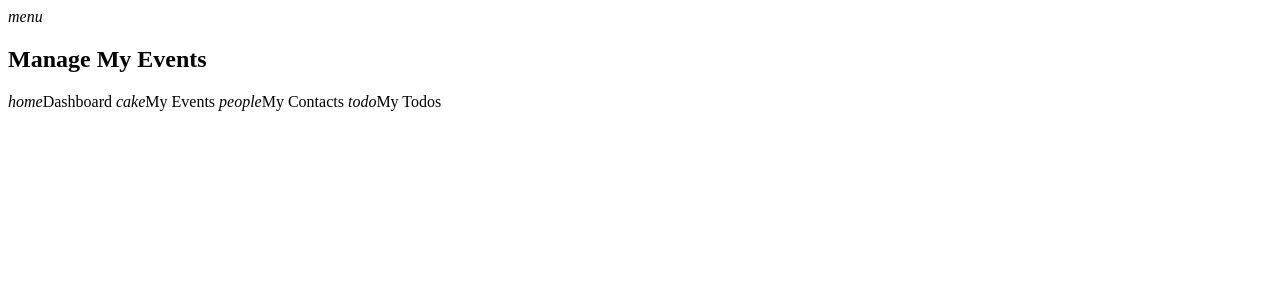
Repository: ktnrn/manage-my-events
Page: app/src/dashboard/dashboard.html
An editor plug-in stored every save of this project. The page is shown before and after the next save, followed by the edit.
The browser window is 1280 px wide. The pictures show the whole page.

Above is the page before, as saved 2017-10-01 17:16:09.

### app/src/dashboard/dashboard.html
<md-toolbar layout="row">
    <div class="md-toolbar-tools">
        <md-button class="md-icon-button" aria-label="Settings" ng-disabled="false">
                <i class="material-icons">menu</i>
        </md-button>
        <h2 md-truncate>Manage My Events</h2>
    </div>
</md-toolbar>
<div layout="row">
        <md-sidenav>
            <md-list>
                    <md-list-item>
                            <i class="material-icons">home</i>Dashboard
                    </md-list-item>
                    <md-list-item>
                            <i class="material-icons">cake</i>My Events
                    </md-list-item>
                    <md-list-item>
                            <i class="material-icons">people</i>My Contacts
                    </md-list-item>
                    <md-list-item>
                            <i class="material-icons">todo</i>My Todos
                    </md-list-item>
            </md-list>
        </md-sidenav>
        <md-content id="content">
            <md
        </md-content>
</div>

After the next save:
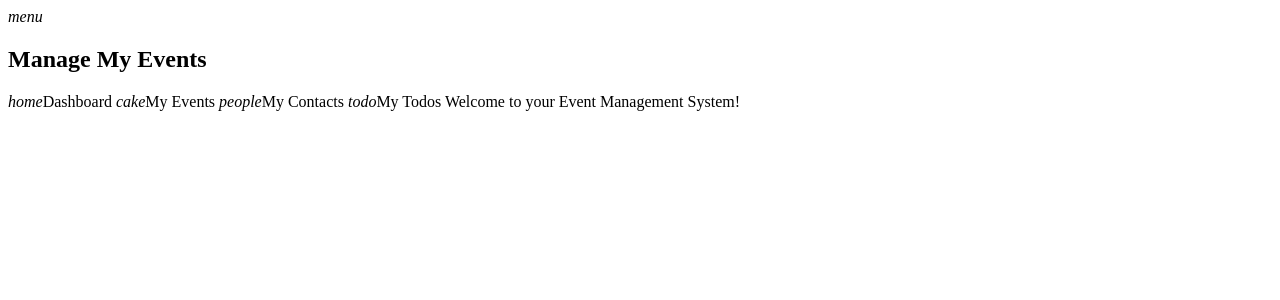
Saved 17 s later.
--- a/app/src/dashboard/dashboard.html
+++ b/app/src/dashboard/dashboard.html
@@ -24,6 +24,6 @@
             </md-list>
         </md-sidenav>
         <md-content id="content">
-            <md
+            Welcome to your Event Management System!
         </md-content>
 </div>
